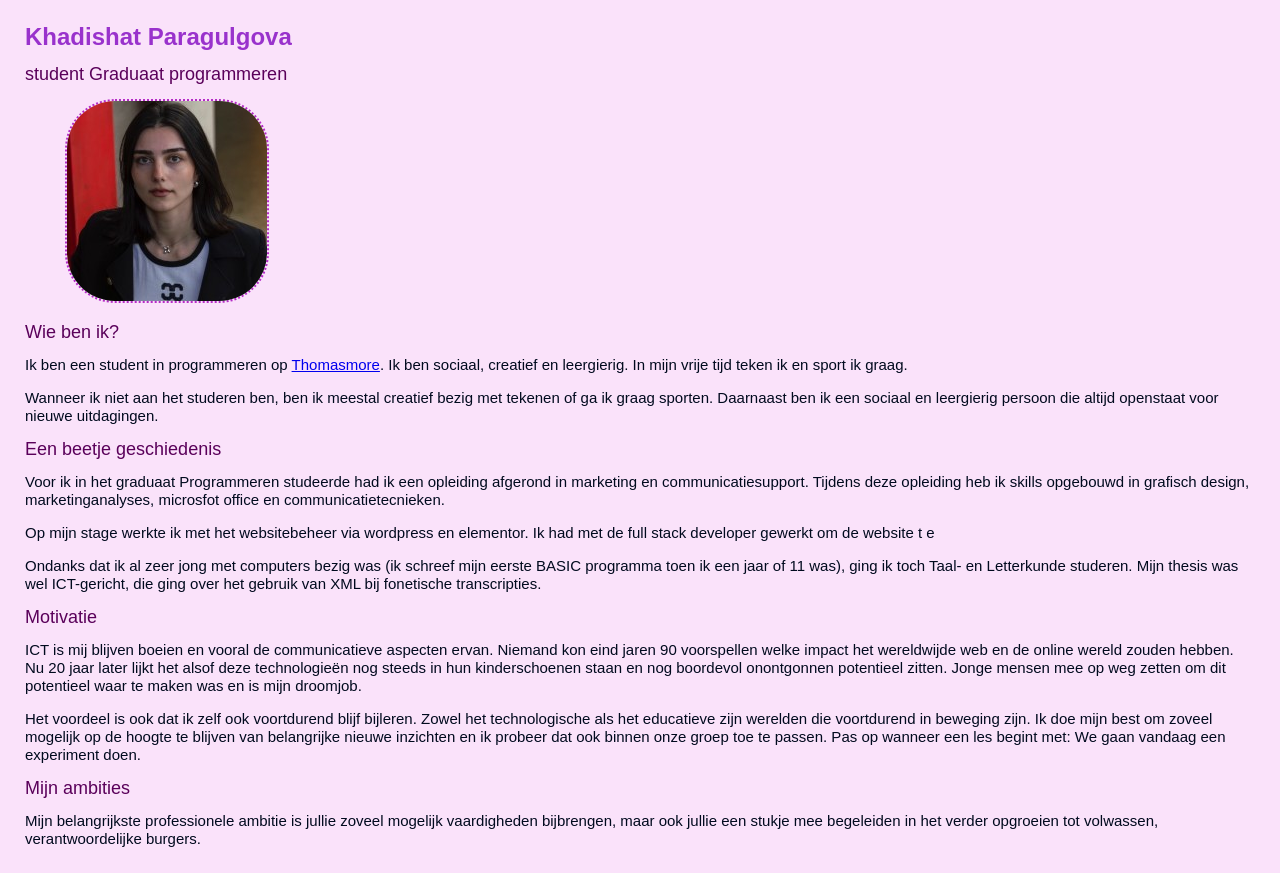
Repository: khadishat00/portfolio
Page: index.html
The author's editor kept a copy of each file at every save. The page is drawn from the files as they stood at one save, then again after the next save.
The browser window is 1280 px wide. The pictures show the whole page.

Above is the page before, as saved 2026-09-24 15:12:37.

### index.html
<!doctype html>
<html lang="en">
  <head>
    <meta charset="UTF-8" />
    <meta name="viewport" content="width=device-width, initial-scale=1.0" />
    <title>portfolio</title>
  </head>
  <style>
    html {
      font-family: Arial, sans-serif;
    }
    body {
      background-color: rgba(247, 200, 246, 0.509);
      margin: 25px;
    }
    h1 {
      font-family: "Century Gothic", sans-serif;
      color: darkorchid;
      font-weight: bold;
      font-size: 24px;
      line-height: 24px;
    }
    h2 {
      font-family: sans-serif ;
      color:rgb(90, 0, 90);
      font-weight: normal;
      font-size: 18px;
      line-height: 18px;
    }
    p {
      font-family: Arial, ;
      color: #000a1e;
      font-size: 15px;
      line-height: 18px;
      font-weight: normal;
      padding:;
    }

    figure {
      display: block;
      margin-block-start: 1em;
      margin-block-end: 1em;
      margin-inline-start: 40px;
      margin-inline-end: 40px;
      unicode-bidi: isolate;
    }

    img {
      max-width: 100%;
      border: 2px dotted;
      border-radius: 50px;
      border-color: rgb(181, 44, 199);

    }
  </style>

  <body>
    <header>
         <h1>Khadishat Paragulgova</h1>
      <h2>student Graduaat programmeren</h2>
      <figure>
        <img src="profielfoto.jpg" alt="Mijn profielfoto" />
      </figure>
    </header>
    <main>
     <h2>Wie ben ik?</h2>
      <p>
        Ik ben een student in programmeren op
        <a href="https://thomasmore.be/nl">Thomasmore</a>. Ik ben sociaal,
        creatief en leergierig. In mijn vrije tijd teken ik en sport ik graag.
      </p>
      <p>
        Wanneer ik niet aan het studeren ben, ben ik meestal creatief bezig met
        tekenen of ga ik graag sporten. Daarnaast ben ik een sociaal en
        leergierig persoon die altijd openstaat voor nieuwe uitdagingen.
      </p>

      <h2>Een beetje geschiedenis</h2>
      <p>
        Voor ik in het graduaat Programmeren studeerde had ik een opleiding
        afgerond in marketing en communicatiesupport. Tijdens deze opleiding heb
        ik skills opgebouwd in grafisch design, marketinganalyses, microsfot
        office en communicatietecnieken.
      </p>
      <p>
        Op mijn stage werkte ik met het websitebeheer via wordpress en
        elementor. Ik had met de full stack developer gewerkt om de website t e
      </p>
      <p>
        Ondanks dat ik al zeer jong met computers bezig was (ik schreef mijn
        eerste BASIC programma toen ik een jaar of 11 was), ging ik toch Taal-
        en Letterkunde studeren. Mijn thesis was wel ICT-gericht, die ging over
        het gebruik van XML bij fonetische transcripties.
      </p>

      <h2>Motivatie</h2>
      <p>
        ICT is mij blijven boeien en vooral de communicatieve aspecten ervan.
        Niemand kon eind jaren 90 voorspellen welke impact het wereldwijde web
        en de online wereld zouden hebben. Nu 20 jaar later lijkt het alsof deze
        technologieën nog steeds in hun kinderschoenen staan en nog boordevol
        onontgonnen potentieel zitten. Jonge mensen mee op weg zetten om dit
        potentieel waar te maken was en is mijn droomjob.
      </p>
      <p>
        Het voordeel is ook dat ik zelf ook voortdurend blijf bijleren. Zowel
        het technologische als het educatieve zijn werelden die voortdurend in
        beweging zijn. Ik doe mijn best om zoveel mogelijk op de hoogte te
        blijven van belangrijke nieuwe inzichten en ik probeer dat ook binnen
        onze groep toe te passen. Pas op wanneer een les begint met: We gaan
        vandaag een experiment doen.
      </p>

      <h2>Mijn ambities</h2>
      <p>
        Mijn belangrijkste professionele ambitie is jullie zoveel mogelijk
        vaardigheden bijbrengen, maar ook jullie een stukje mee begeleiden in
        het verder opgroeien tot volwassen, verantwoordelijke burgers.
      </p>
    </main>
  </body>
</html>

After the next save:
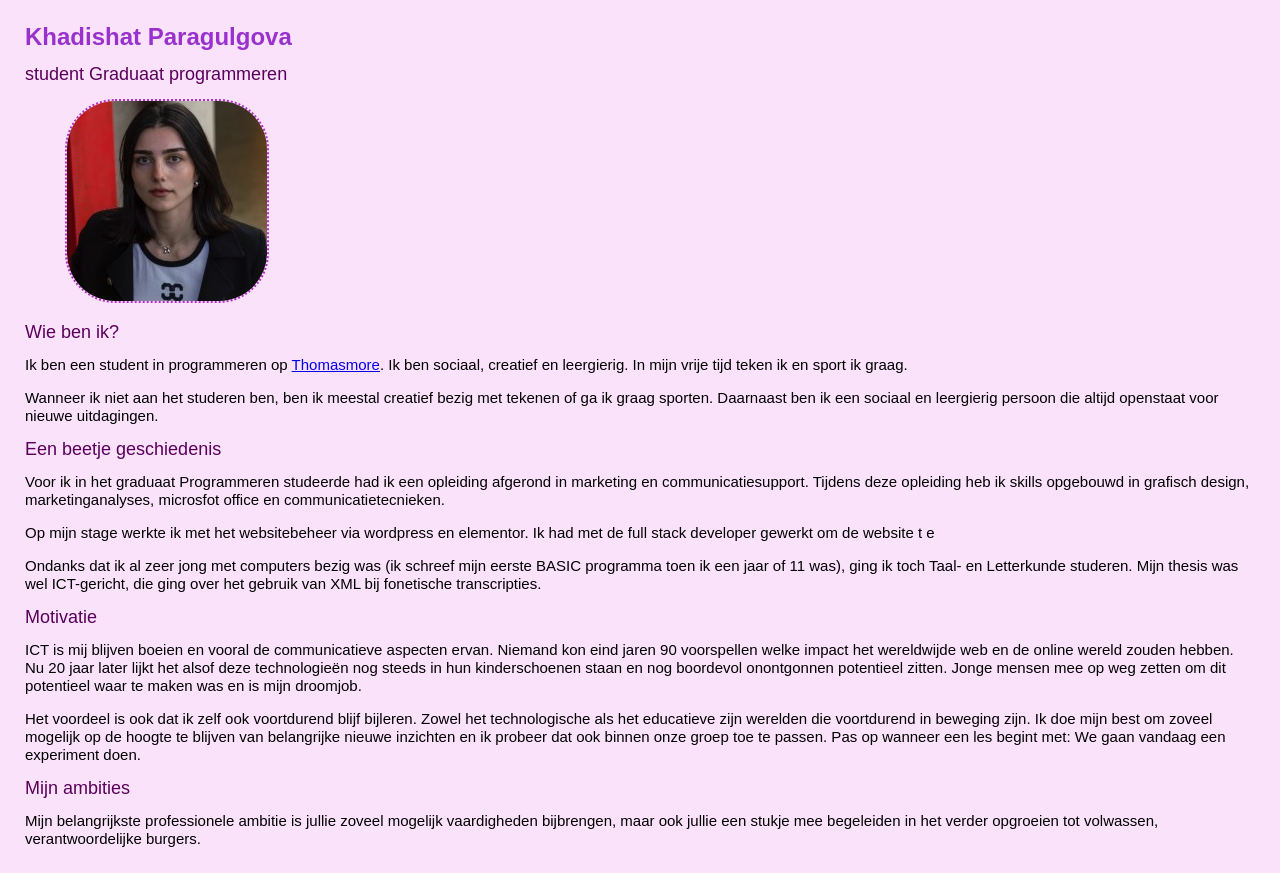
Saved 13 s later.
--- a/index.html
+++ b/index.html
@@ -29,7 +29,7 @@
     }
     p {
       font-family: Arial, ;
-      color: #000a1e;
+      color: black;
       font-size: 15px;
       line-height: 18px;
       font-weight: normal;
